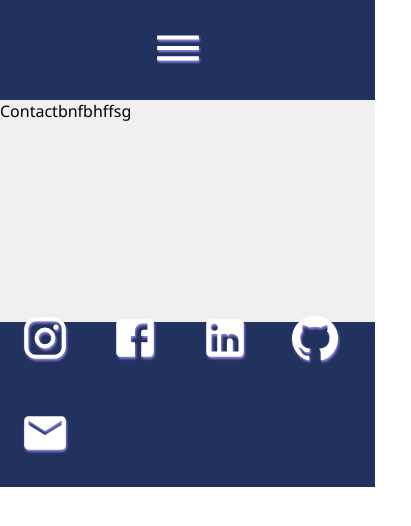
Repository: LolaSL/react-portfolio
Page: /contact
The author's editor kept a copy of each file at every save. The page is drawn from the files as they stood at one save, then again after the next save.
The browser window is 375 px wide. The page is 375 px wide, then 411 px, then 375 px, so the pictures cover 411 px, including what lies to the right of the window. The pictures show the whole page.
The project was rebuilt for these pictures with package versions that can differ from the ones it lists, and the page was loaded fresh each time. Also part of the build but not shown: src/pages/Home/Style.css, src/pages/Home/Home.jsx, src/components/ProjectItem/ProjectItem.jsx, src/helpers/ProjectList.js, src/pages/Projects/Style.css, src/pages/Projects/Projects.jsx, src/pages/Experience/Style.css, src/pages/Experience/Experience.jsx and 2 more.

Above is the page before, as saved 2023-07-01 19:48:11.

After the next save:
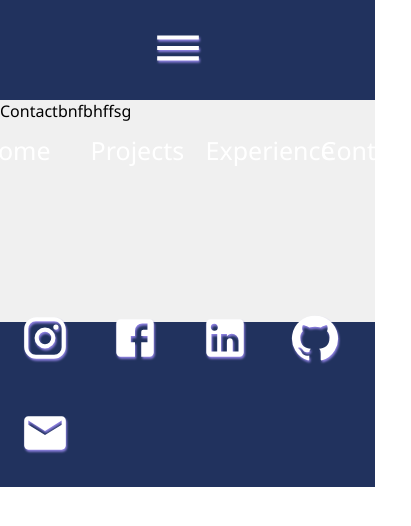
Saved 82 s later.
--- a/src/components/Navbar/Style.css
+++ b/src/components/Navbar/Style.css
@@ -66,7 +66,7 @@
     display: flex;
   }
   #close a {
-    display: none;
+    display: ;
   }
 }
 

After the 4 saves that followed:
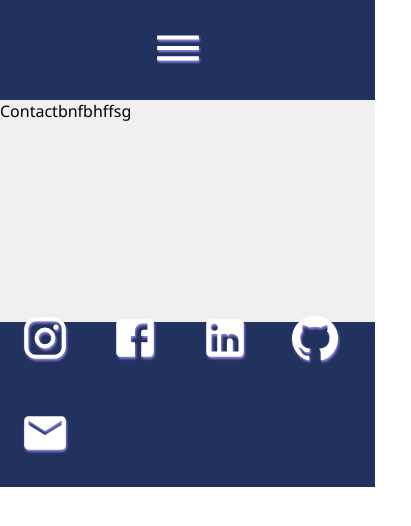
The 4 saves are shown as one change because 2 left the picture as it was and some came seconds apart.
The last was saved 31 s later.
--- a/src/components/Navbar/Style.css
+++ b/src/components/Navbar/Style.css
@@ -66,7 +66,7 @@
     display: flex;
   }
   #close a {
-    display: ;
+    display: none;
   }
 }
 
